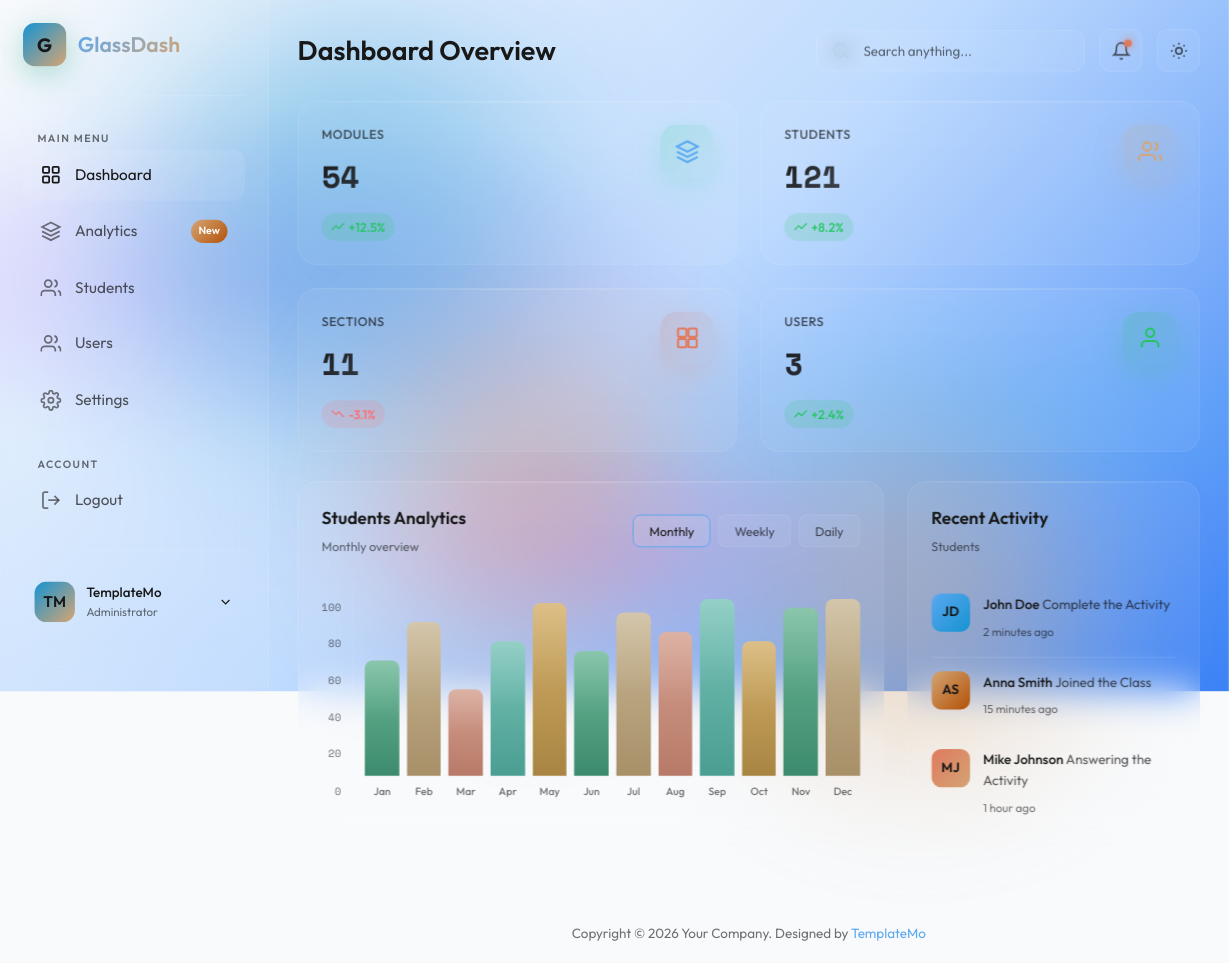
Repository: JetSpy-404/Storyboarding
Page: index.html
The author's editor kept a copy of each file at every save. The page is drawn from the files as they stood at one save, then again after the next save.
The browser window is 1280 px wide. The pictures show the whole page, at 96% of full size.

Above is the page before, as saved 2026-03-30 08:15:32.

After the next save:
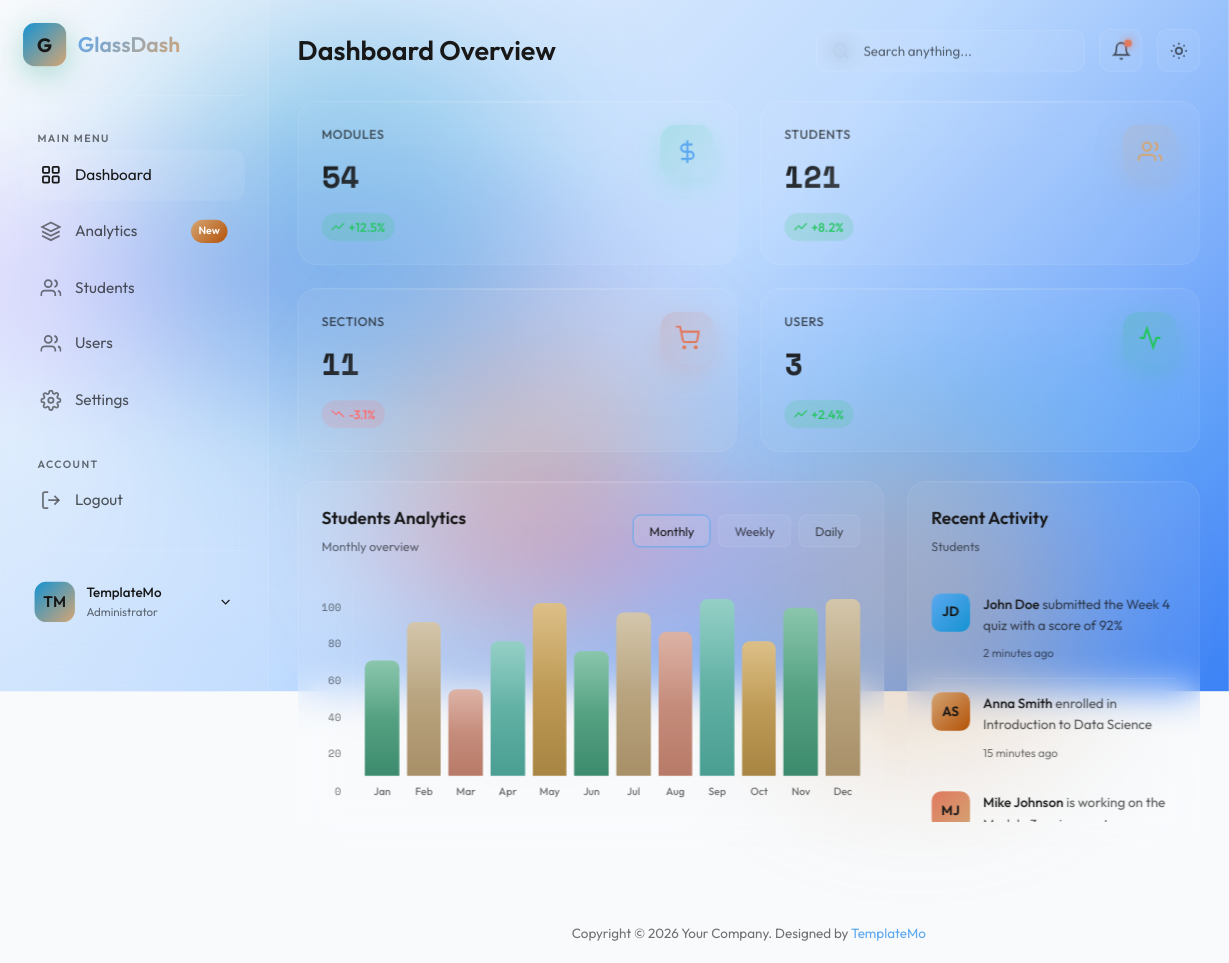
Saved 32 s later.
--- a/index.html
+++ b/index.html
@@ -170,9 +170,7 @@ https://templatemo.com/tm-607-glass-admin
                         </div>
                         <div class="stat-icon cyan">
                             <svg viewBox="0 0 24 24" fill="none" stroke="var(--emerald-light)" stroke-width="2">
-                                <polygon points="12 2 2 7 12 12 22 7 12 2"/>
-                                <polyline points="2 17 12 22 22 17"/>
-                                <polyline points="2 12 12 17 22 12"/>
+                                <line x1="12" y1="1" x2="12" y2="23"/><path d="M17 5H9.5a3.5 3.5 0 0 0 0 7h5a3.5 3.5 0 0 1 0 7H6"/>
                             </svg>
                         </div>
                     </div>
@@ -190,10 +188,8 @@ https://templatemo.com/tm-607-glass-admin
                         </div>
                         <div class="stat-icon magenta">
                             <svg viewBox="0 0 24 24" fill="none" stroke="var(--gold)" stroke-width="2">
-                                <path d="M17 21v-2a4 4 0 0 0-4-4H5a4 4 0 0 0-4 4v2"/>
-                                <circle cx="9" cy="7" r="4"/>
-                                <path d="M23 21v-2a4 4 0 0 0-3-3.87"/>
-                                <path d="M16 3.13a4 4 0 0 1 0 7.75"/>
+                                <path d="M17 21v-2a4 4 0 0 0-4-4H5a4 4 0 0 0-4 4v2"/><circle cx="9" cy="7" r="4"/>
+                                <path d="M23 21v-2a4 4 0 0 0-3-3.87"/><path d="M16 3.13a4 4 0 0 1 0 7.75"/>
                             </svg>
                         </div>
                     </div>
@@ -211,10 +207,8 @@ https://templatemo.com/tm-607-glass-admin
                         </div>
                         <div class="stat-icon purple">
                             <svg viewBox="0 0 24 24" fill="none" stroke="var(--coral)" stroke-width="2">
-                                <rect x="3" y="3" width="8" height="8" rx="1"/>
-                                <rect x="13" y="3" width="8" height="8" rx="1"/>
-                                <rect x="3" y="13" width="8" height="8" rx="1"/>
-                                <rect x="13" y="13" width="8" height="8" rx="1"/>
+                                <circle cx="9" cy="21" r="1"/><circle cx="20" cy="21" r="1"/>
+                                <path d="M1 1h4l2.68 13.39a2 2 0 0 0 2 1.61h9.72a2 2 0 0 0 2-1.61L23 6H6"/>
                             </svg>
                         </div>
                     </div>
@@ -232,8 +226,7 @@ https://templatemo.com/tm-607-glass-admin
                         </div>
                         <div class="stat-icon success">
                             <svg viewBox="0 0 24 24" fill="none" stroke="var(--success)" stroke-width="2">
-                                <path d="M20 21v-2a4 4 0 0 0-4-4H8a4 4 0 0 0-4 4v2"/>
-                                <circle cx="12" cy="7" r="4"/>
+                                <polyline points="22 12 18 12 15 21 9 3 6 12 2 12"/>
                             </svg>
                         </div>
                     </div>
@@ -295,35 +288,35 @@ https://templatemo.com/tm-607-glass-admin
                         <div class="activity-item">
                             <div class="activity-avatar" style="background: linear-gradient(135deg, var(--emerald-light), var(--emerald));">JD</div>
                             <div class="activity-content">
-                                <p class="activity-text"><strong>John Doe</strong> Complete the Activity</p>
+                                <p class="activity-text"><strong>John Doe</strong> submitted the Week 4 quiz with a score of 92%</p>
                                 <span class="activity-time">2 minutes ago</span>
                             </div>
                         </div>
                         <div class="activity-item">
                             <div class="activity-avatar" style="background: linear-gradient(135deg, var(--gold), var(--amber));">AS</div>
                             <div class="activity-content">
-                                <p class="activity-text"><strong>Anna Smith</strong> Joined the Class</p>
+                                <p class="activity-text"><strong>Anna Smith</strong> enrolled in Introduction to Data Science</p>
                                 <span class="activity-time">15 minutes ago</span>
                             </div>
                         </div>
                         <div class="activity-item">
                             <div class="activity-avatar" style="background: linear-gradient(135deg, var(--coral), var(--gold));">MJ</div>
                             <div class="activity-content">
-                                <p class="activity-text"><strong>Mike Johnson</strong> Answering the Activity</p>
+                                <p class="activity-text"><strong>Mike Johnson</strong> is working on the Module 3 assignment</p>
                                 <span class="activity-time">1 hour ago</span>
                             </div>
                         </div>
                         <div class="activity-item">
                             <div class="activity-avatar" style="background: linear-gradient(135deg, var(--success), var(--emerald));">EW</div>
                             <div class="activity-content">
-                                <p class="activity-text"><strong>Emily White</strong> Online.</p>
+                                <p class="activity-text"><strong>Emily White</strong> joined the live Q&amp;A session for Advanced Math</p>
                                 <span class="activity-time">2 hours ago</span>
                             </div>
                         </div>
                         <div class="activity-item">
                             <div class="activity-avatar" style="background: linear-gradient(135deg, var(--warning), var(--gold));">RB</div>
                             <div class="activity-content">
-                                <p class="activity-text"><strong>Robert Brown</strong> Complete the Tasks.</p>
+                                <p class="activity-text"><strong>Robert Brown</strong> completed all pending tasks for this week</p>
                                 <span class="activity-time">3 hours ago</span>
                             </div>
                         </div>
